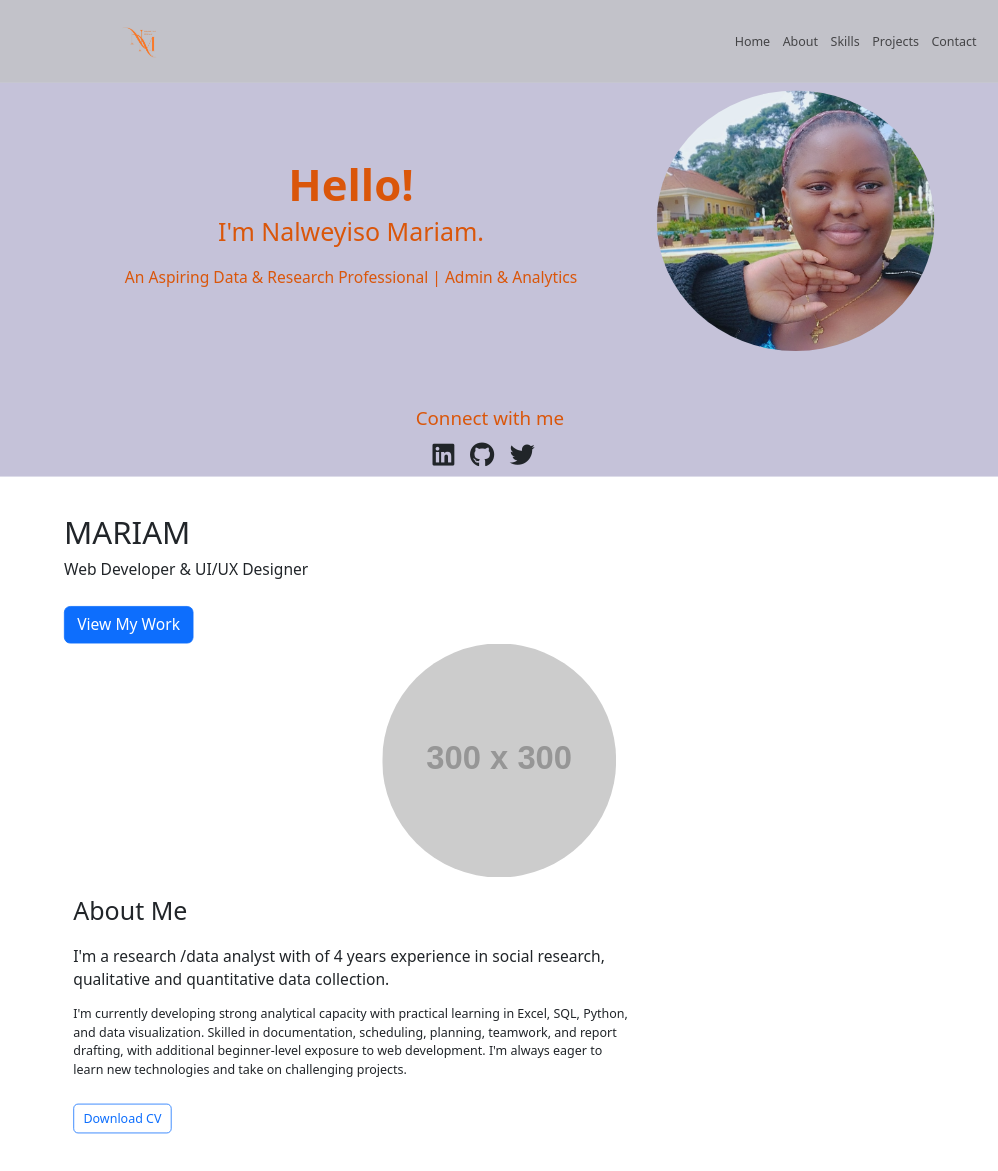
Repository: NalweMari/My-Personal-Portfolio
Page: index.html
An editor plug-in stored every save of this project. The page is shown before and after the next save, followed by the edit.
The browser window is 1280 px wide. The pictures show the whole page, at 78% of full size.

Above is the page before, as saved 2025-11-27 22:13:36.
Console error (its wording comes from the project's code and is left out).

### index.html
<!DOCTYPE html>
<html lang="en">

<head>
    <meta charset="UTF-8">
    <meta name="viewport" content="width=device-width, initial-scale=1.0">
    <title>My Portfolio</title>
    <link rel="stylesheet" href="style.css">
    <!-- Bootstrap CSS -->
    <link href="https://cdn.jsdelivr.net/npm/bootstrap@5.3.0/dist/css/bootstrap.min.css" rel="stylesheet">
    <!-- Font Awesome for icons -->
    <link rel="stylesheet" href="https://cdnjs.cloudflare.com/ajax/libs/font-awesome/6.4.0/css/all.min.css">

</head>

<body>
    <!-- Navigation -->

    <nav class="navbar navbar-expand-lg navbar-light bg-custom">
        <div class="container me-2">
            <a class="navbar-brand" href="#"><img src="images/Initials_Logo-preview (1).png" alt="Your Logo"
                    height="80"></a> <button class="navbar-toggler" type="button" data- 6 toggle="collapse"
                data-target="#navbarNav" aria-controls="navbarNav" aria-expanded="false" aria-label="Toggle navigation">
                <span class="navbar-toggler-icon"></span> </button>
            <div class="collapse navbar-collapse" id="navbarNav">
                <ul class="navbar-nav ms-auto">
                    <a class="nav-link" href="#">Home</a>
                    </li>
                    <li class="nav-item">
                        <a class="nav-link" href="#">About</a>
                    </li>
                    <li class="nav-item">
                        <a class="nav-link" href="#">Skills</a>
                    </li>
                    <li class="nav-item">
                        <a class="nav-link" href="#">Projects</a>
                    </li>
                    <li class="nav-item"><a class="nav-link" href="#">Contact</a>
                    </li>
                </ul>
            </div>
        </div>
    </nav>

    <!-- Hero Section -->
    <!-- <section id="home" class="hero-section text-center">
        <div class="container">
            <h1 class="display-4 fw-bold">MARIAM</h1>
            <p class="lead">Web Developer & UI/UX Designer</p>
            <a href="#projects" class="btn btn-primary btn-lg mt-3">View My Work</a>
        </div>
    </section> -->
    <section id="home" class="hero-section text-center">
        <div class="container">
            <div class="row align-items-center">
                <div class="col-md-8">
                    <h1 class="display-4 fw-bold">Hello!</h1>
                    <h2 class="mb-4">I'm Nalweyiso Mariam.</h2>
                    <p class="lead">An Aspiring Data & Research Professional | Admin & Analytics</p>
                    <p></p>
                    <!-- <a href="#projects" class="btn btn-primary btn-lg mt-3">View My Work</a>
                    <a href="#" class="btn btn-outline-primary mt-3">Download CV</a> -->
                </div>
                <div class="col-md-4 text-center mb-4">
                    <img src="images/Profile design.png" alt="Profile" class="img-fluid rounded-circle large-profile">
                </div>
                <div class="row mt-5">
                    <div class="col text-center">
                        <h4>Connect with me</h4>
                        <div class="mt-3">
                            <a href="#" class="text-dark me-3"><i class="fab fa-linkedin fa-2x"></i></a>
                            <a href="#" class="text-dark me-3"><i class="fab fa-github fa-2x"></i></a>
                            <a href="#" class="text-dark me-3"><i class="fab fa-twitter fa-2x"></i></a>
                        </div>
                    </div>
                </div>
    </section>
    <!-- About Section -->

      <section id="about" class="py-5">
        <div class="container">
            <h1 class="">MARIAM</h1>
            <p class="lead">Web Developer & UI/UX Designer</p>
            <a href="#projects" class="btn btn-primary btn-lg mt-3">View My Work</a>
    <section id="about" class="">
        <div class="container">
            <div class="row align-items-center">
                <div class="display-4 fw-boldcol-md-4 text-center mb-4">
                    <img src="https://via.placeholder.com/300" alt="Profile" class="img-fluid rounded-circle">
                </div>
                <div class="col-md-8">
                    <h2 class="mb-4">About Me</h2>
                    <p class="lead">I'm a research /data analyst with of 4 years
                        experience in social research, qualitative and quantitative data collection.</p>
                    <p>I'm currently developing strong analytical capacity with practical learning in Excel, SQL,
                        Python,
                        and data visualization. Skilled in documentation, scheduling, planning, teamwork, and report
                        drafting, with additional beginner-level exposure to web development. I'm always eager to learn
                        new technologies and take on challenging projects.</p>
                    <a href="#" class="btn btn-outline-primary mt-3">Download CV</a>
                </div>
            </div>
        </div>
    </section>
    <script src="https://stackpath.bootstrapcdn.com/bootstrap/4.5.2/js/bootstrap.min.js"></script>
</body>

</html>

### Style.css
.bg-custom {
  background-color: rgba(3, 0, 31, 0.24);
}

.hero-section {
  background-color: rgba(13, 3, 99, 0.24);
  color:  rgb(218, 86, 10);
     /* color: white; */
  padding: 10px 0;
}
.large-profile {
    width: 400px;
    height: 400px;
    object-fit: cover;
}
/* .skill-bar {
  height: 20px;
  background-color: #e9ecef;
  border-radius: 5px;
  margin-bottom: 15px;
}
.skill-progress {
  height: 100%;
  border-radius: 5px;
  background-color: #0d6efd;
}
.project-card {
  transition: transform 0.3s;
}
.project-card:hover {
  transform: translateY(-5px);
} */

After the next save:
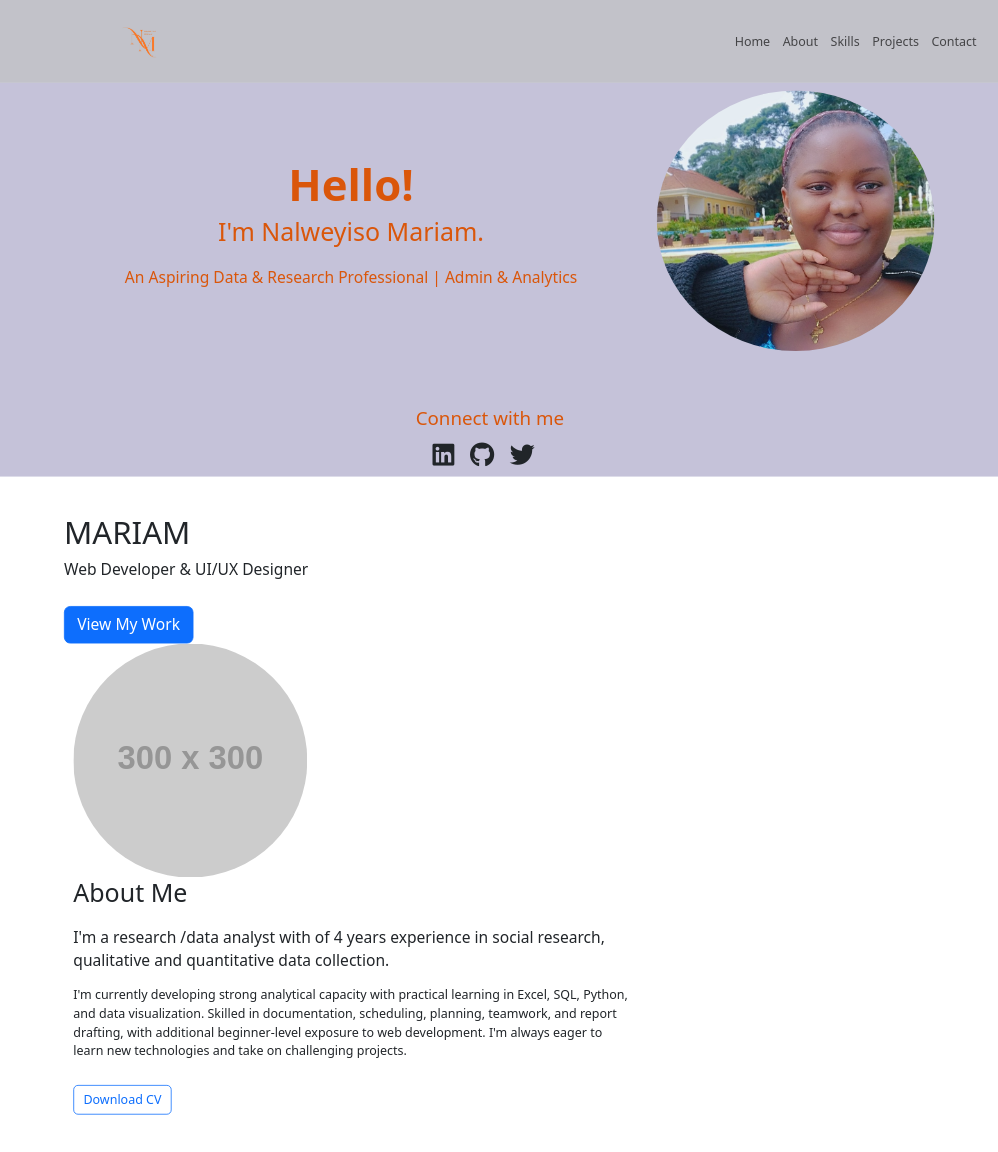
Saved 14 s later.
--- a/index.html
+++ b/index.html
@@ -85,7 +85,7 @@
     <section id="about" class="">
         <div class="container">
             <div class="row align-items-center">
-                <div class="display-4 fw-boldcol-md-4 text-center mb-4">
+                <div class="display-4 fw-bold">
                     <img src="https://via.placeholder.com/300" alt="Profile" class="img-fluid rounded-circle">
                 </div>
                 <div class="col-md-8">
